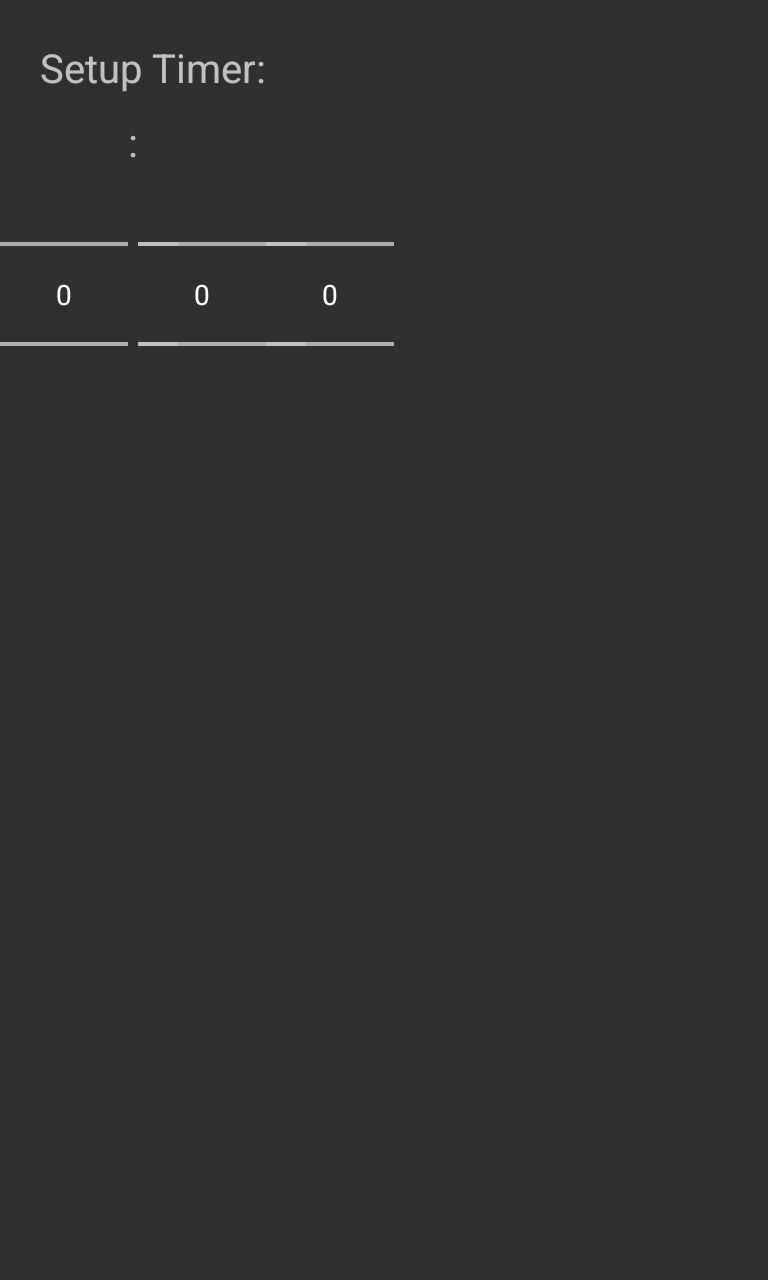
Repository: deanzaka/Shroom-Smart-Terminal
Layout: IOIOShroomST/res/layout/timer.xml
These files come from the project's save history. The layout is drawn as it stood at one moment and after the next save; the edit follows.
It is drawn on a 768 x 1280 px phone screen (xhdpi) without system bars, with theme Theme.AppCompat; the app's code is not run.

Above is the layout before, as saved 2014-11-18 10:15:55.

After the next save:
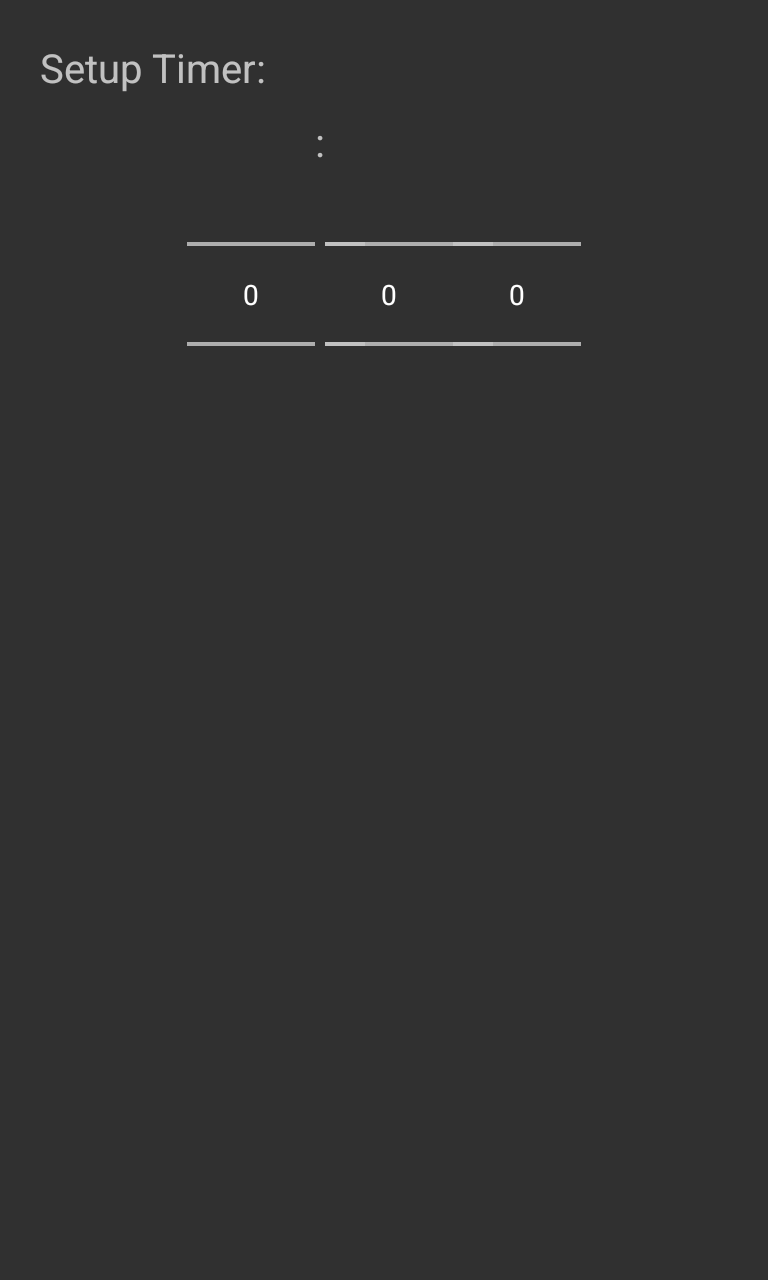
Saved 16 s later.
--- a/IOIOShroomST/res/layout/timer.xml
+++ b/IOIOShroomST/res/layout/timer.xml
@@ -15,7 +15,7 @@
     <RelativeLayout
 	    android:layout_width="fill_parent"
 	    android:layout_height="wrap_content"
-	    android:gravity="center_vertical"
+	    android:gravity="center_horizontal"
 	    android:paddingTop="10dp">
 
 	    <NumberPicker
